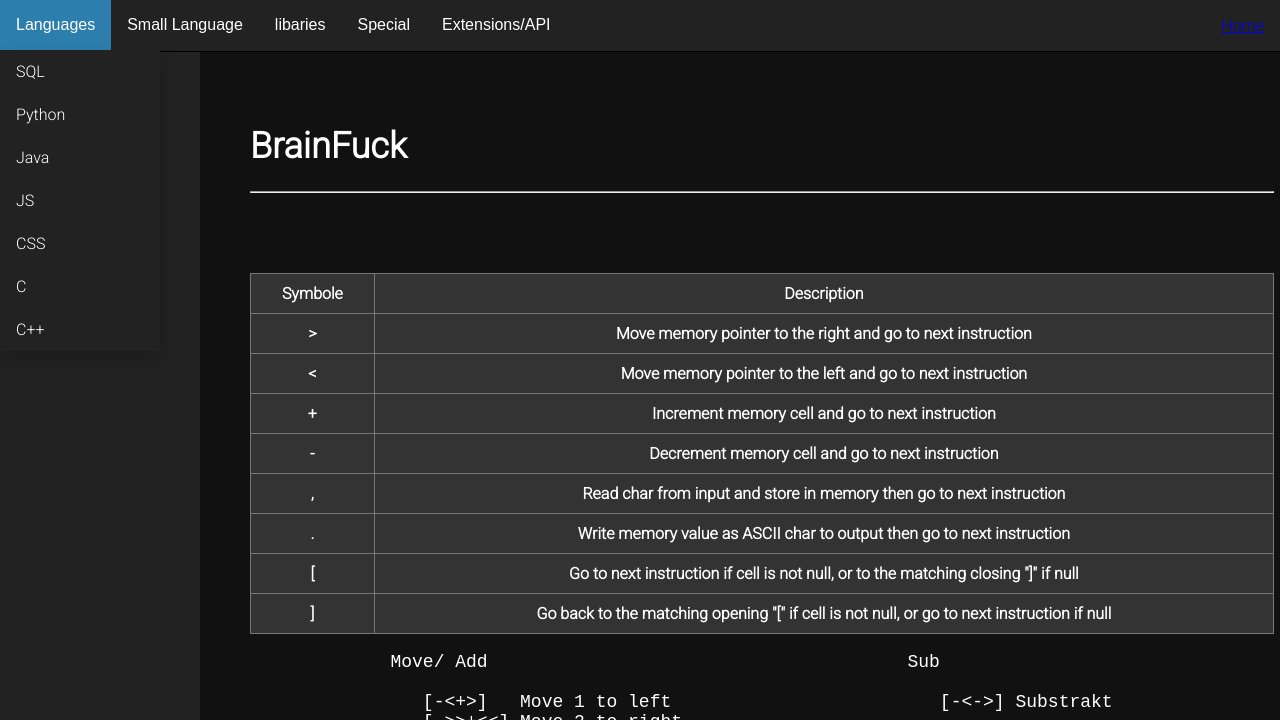
Repository: Max-Rohrhirsch/Max-Rohrhirsch.github.io
Page: documentation/small/brainfuck.html
These files come from the project's save history. The page is drawn as it stood at one moment and after the next save; the edit follows.
The browser window is 1280 px wide. The pictures show the whole page.

Above is the page before, as saved 2023-10-15 10:44:34.

After the next save:
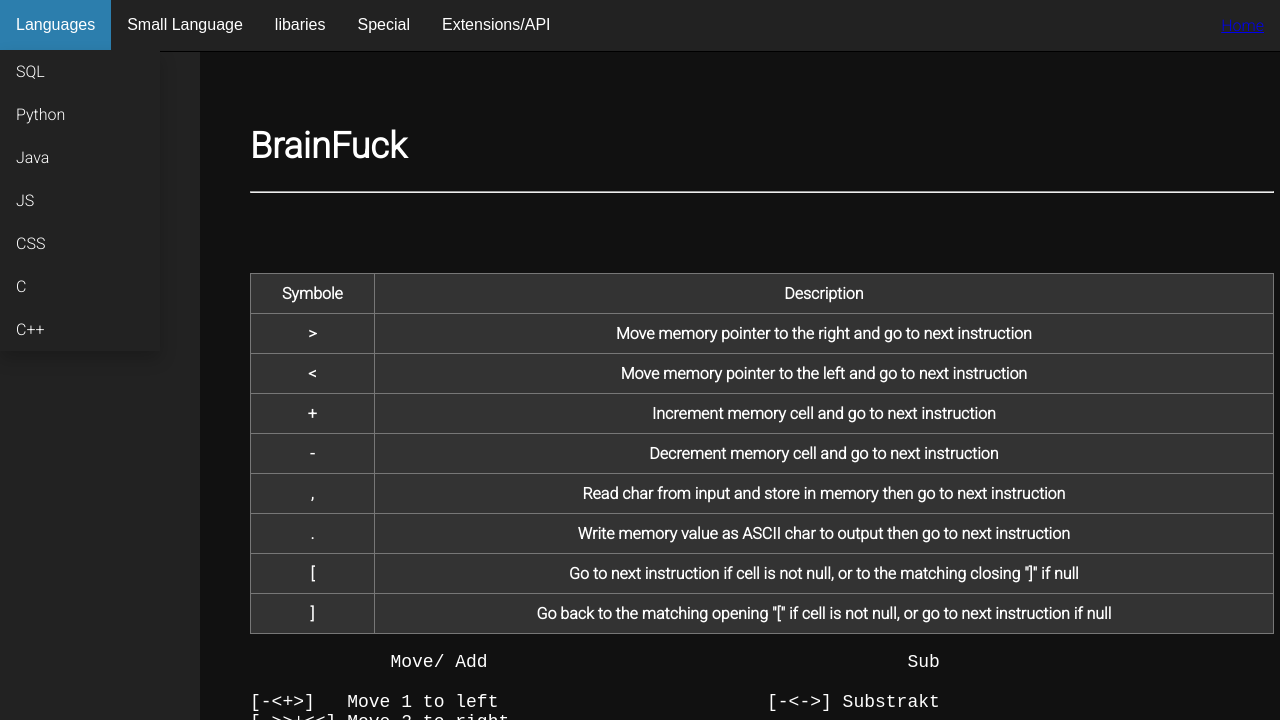
Saved 56 s later.
--- a/documentation/small/brainfuck.html
+++ b/documentation/small/brainfuck.html
@@ -52,28 +52,28 @@
         <pre>
             <code language="bf"> Move/ Add
 
-                [-<+>]   Move 1 to left
-                [->>+<<] Move 2 to right
-
+[-<+>]   Move 1 to left
+[->>+<<] Move 2 to right
             </code>
         </pre>
         <pre>
             <code language="bf"> Sub
 
-                [-<->] Substrakt
+[-<->] Substrakt
             </code>
         </pre>
         <pre>
             <code language="bf">Copy
 
-                [->+>+<<]
-
+[->+>+<<]
             </code>
         </pre>
         <pre>
             <code language="bf"> Multiplication
+ v
+[A][B][Result]
 
-                [A][B][Result]
+
             </code>
         </pre>
         <pre>
